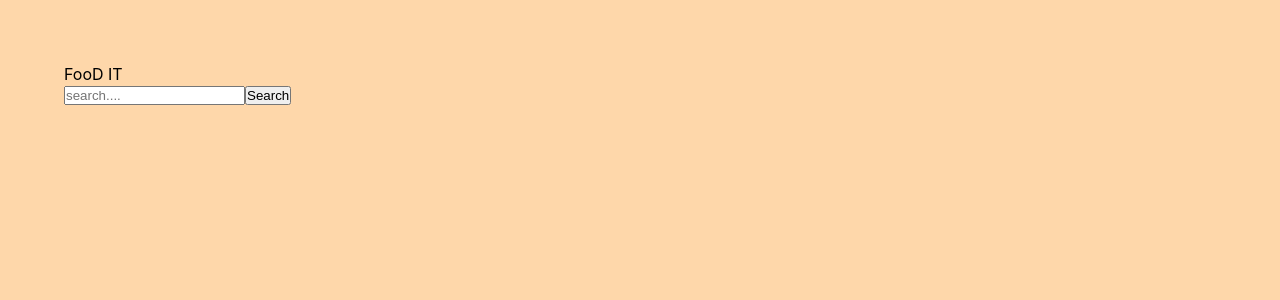
Repository: sandipkarmokar/recipeApp
Page: /
The author's editor kept a copy of each file at every save. The page is drawn from the files as they stood at one save, then again after the next save.
The browser window is 1280 px wide. The pictures show the whole page.
The project was rebuilt for these pictures with package versions that can differ from the ones it lists, and the page was loaded fresh each time.

Above is the page before, as saved 2022-04-15 16:43:22.

### src/App.js
import { useEffect, useStata, useState } from 'react';
import ListView from './components/listView';
import SearchBar from './components/searchBar';
import './App.css';

function App() {
    const [query, setQuery] = useState('');
    const [isLoading, setIsLoading] = useState(true);
    const [recipeIngredients, setRecipeIngredients] = useState([]);
    const [recipeList, setRecipeList] = useState([]);
    const [recipeId, setRecipeId] = useState();
    const [recipe, setRecipe] = useState([]);

    const url = `https://forkify-api.herokuapp.com/api/search?q=${query}`;
    const urlRecipe = `https://forkify-api.herokuapp.com/api/get?rId=${recipeId}`;

    const fetchData = async (e) => {
        e.preventDefault();
        try {
            const response = await fetch(url);
            const data = await response.json();
            setRecipeList(data.recipes);
            setIsLoading(false);
            setQuery('');
        } catch (error) {
            console.log(error);
        }
    };

    const fetchRecipe = async () => {
        try {
            const response = await fetch(urlRecipe);
            const data = await response.json();
            setRecipe(data);
            console.log(recipe, recipeId);
        } catch (error) {
            console.log(error);
        }
    };
    return (
        <div className="app">
            <div className="app-container">
                <SearchBar
                    query={query}
                    setQuery={setQuery}
                    fetchData={fetchData}
                ></SearchBar>
                <ListView
                    recipeList={recipeList}
                    setRecipeId={setRecipeId}
                    fetchRecipe={fetchRecipe}
                ></ListView>
            </div>
        </div>
    );
}

export default App;

### src/components/listView.js
import React from 'react';

const ListView = ({ recipeList, setRecipeId, fetchRecipe }) => {
    console.log(recipeList);
    const handleRecipe = (id) => {
        let numberId = parseInt(id);
        console.log(typeof numberId);
        setRecipeId(id);
        fetchRecipe();
    };

    return (
        <div className="recipeList">
            <div className="recipeList-container">
                {recipeList.map((el) => {
                    console.log(typeof el.recipe_id);
                    return (
                        <>
                            <p>{el.title}</p>
                            <img src={el.image_url} alt="" />
                            <p>{el.recipe_id}</p>
                            <p
                                onClick={() => {
                                    handleRecipe(el.recipe_id);
                                }}
                            >
                                Know More
                            </p>
                        </>
                    );
                })}
            </div>
        </div>
    );
};

export default ListView;

### src/components/searchBar.js
import React from 'react';

const SearchBar = ({ query, setQuery, fetchData }) => {
    return (
        <div className="searchBar">
            <div className="searchBar-container">
                <div className="logo">FooD IT</div>
                <form onSubmit={fetchData} className="search">
                    <input
                        type="text"
                        placeholder="search...."
                        value={query}
                        onChange={(e) => setQuery(e.target.value)}
                    />
                    <button type="submit">Search</button>
                </form>
            </div>
        </div>
    );
};

export default SearchBar;

### src/App.css
* {
    margin: 0;
    padding: 0;
    box-sizing: border-box;
}

.app {
    height: 100vh;
    width: 100vw;
    background-color: #fed7aa;
    overflow: hidden;
    padding: 4rem;
}

.app .app-container {
    width: 70%;
    margin: o auto;
}

Loaded but not shown: public/index.html (common file); src/index.js (common file); src/index.css (common file); src/reportWebVitals.js (common file)

After the next save:
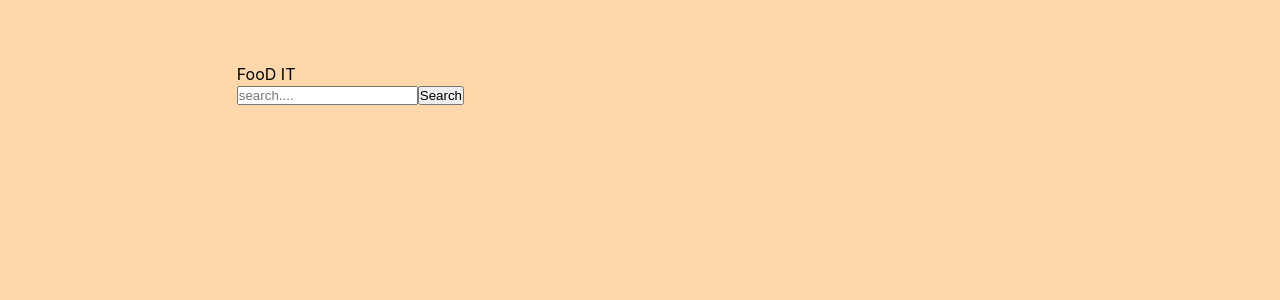
Saved 6 s later.
--- a/src/App.css
+++ b/src/App.css
@@ -14,5 +14,5 @@
 
 .app .app-container {
     width: 70%;
-    margin: o auto;
+    margin: 0 auto;
 }
